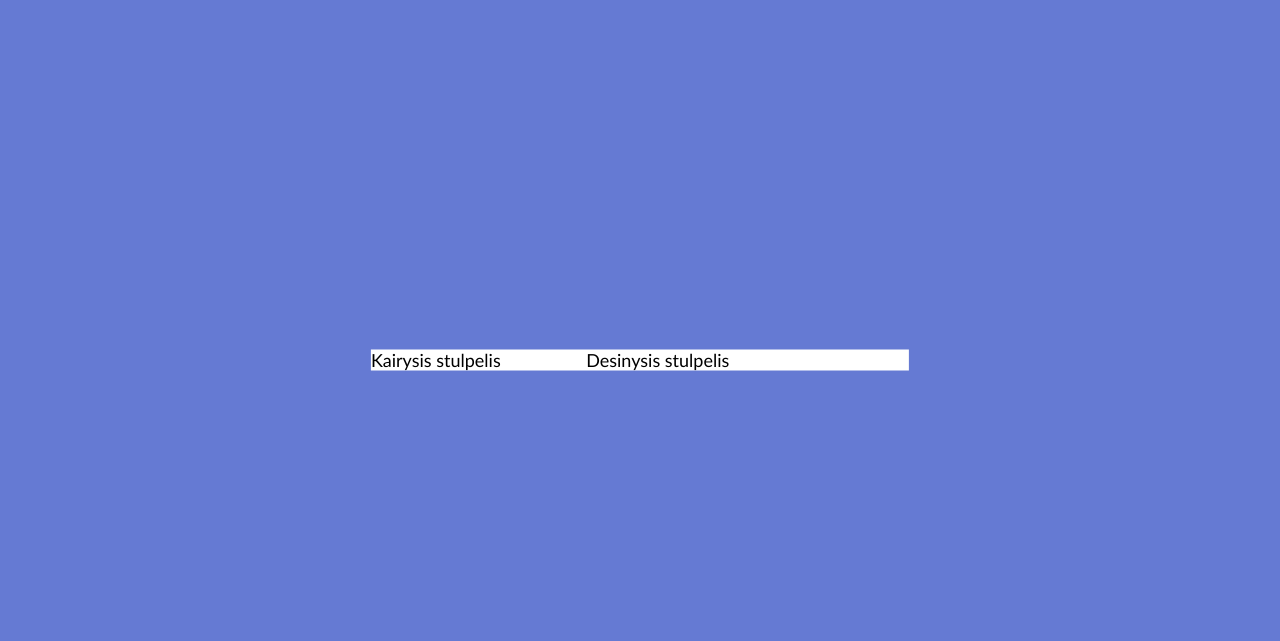
Repository: motiejus1/11-paskaita-adobexd-registracija
Page: index.html
The author's editor kept a copy of each file at every save. The page is drawn from the files as they stood at one save, then again after a run of saves.
The browser window is 1280 px wide. The pictures show the whole page.

Above is the page before, as saved 2021-06-17 18:40:51.

After the next 2 saves:
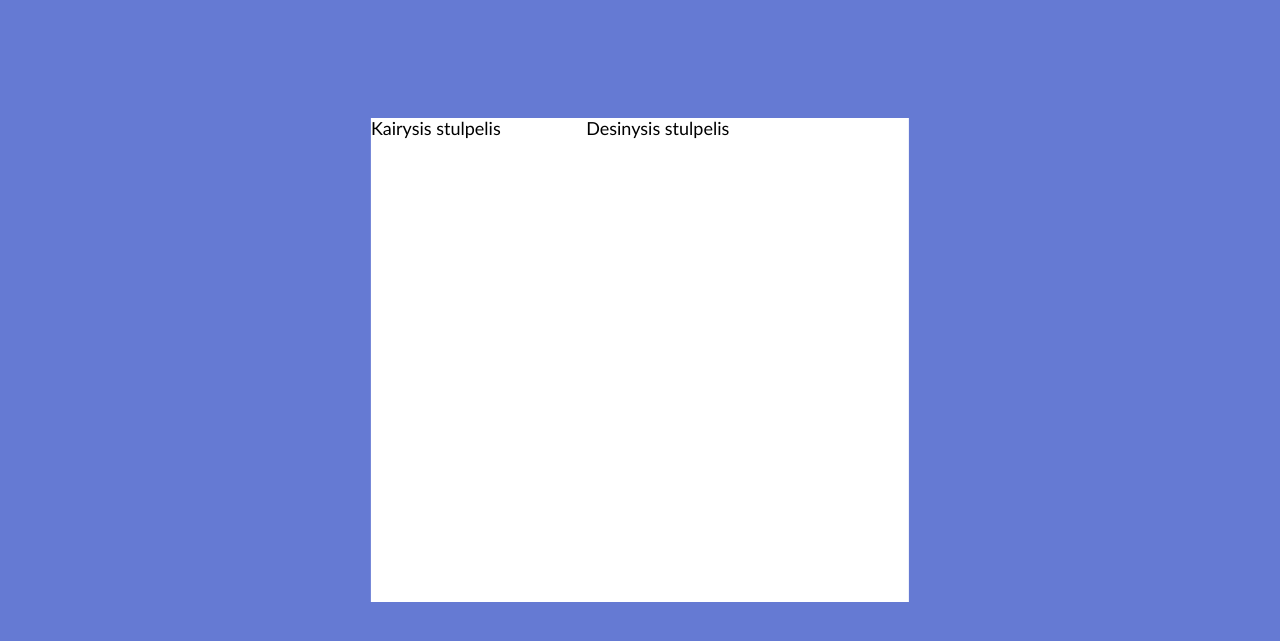
The 2 saves are shown as one change because they came seconds apart.
The last was saved 87 s later.
--- a/index.html
+++ b/index.html
@@ -27,6 +27,7 @@
 
         .left-column, .right-column {
             float:left;
+            height: 484px;
         }
 
         .left-column {
